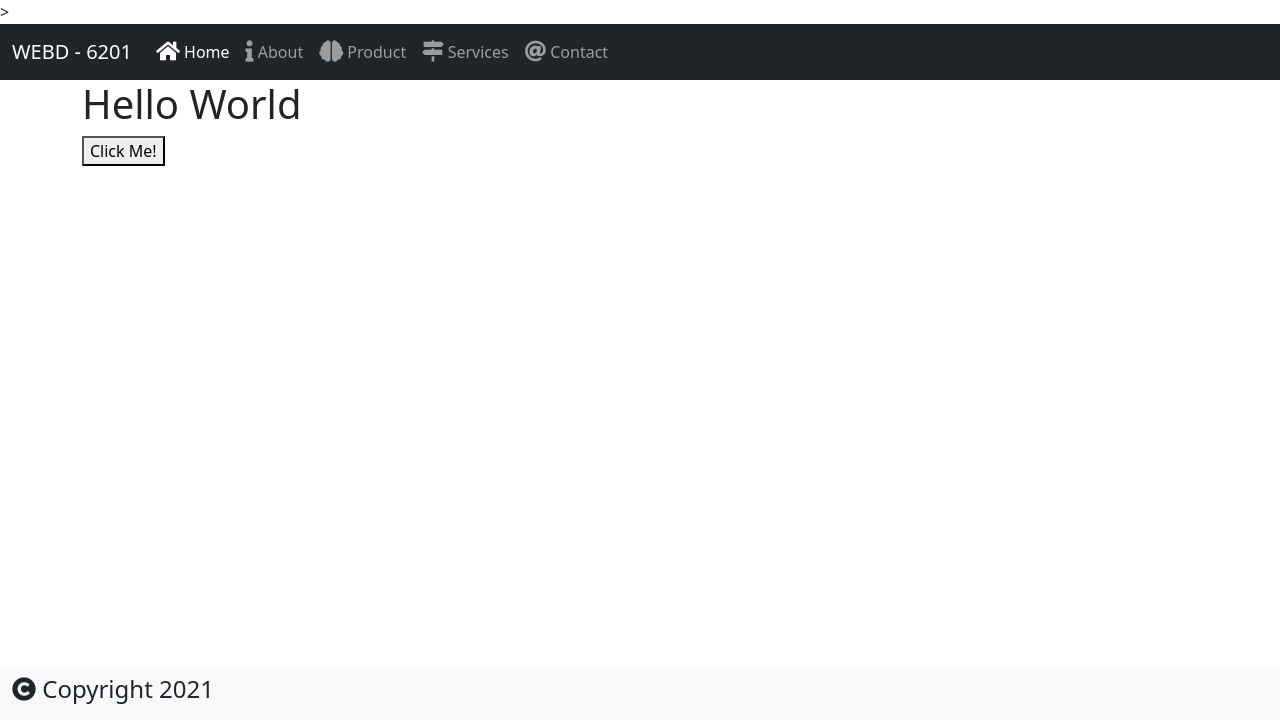
Repository: CKM206/WEBD6201-W2021-Week1
Page: index.html
These files come from the project's save history. The page is drawn as it stood at one moment and after the next save; the edit follows.
The browser window is 1280 px wide. The pictures show the whole page.

Above is the page before, as saved 2021-01-14 10:49:07.

### index.html
<!doctype html>
<html lang="en">
    <head>
        <meta charset="UTF-8">
        <meta name="viewport" content="width=device-width, initial-scale=1.0">
        <title>Hello World!</title>>
        <!-- CSS Section -->
        <!-- Inject Bootstrap first, always-->
        <link rel="stylesheet"
             href="./node_modules/bootstrap/dist/css/bootstrap.min.css">
        <!-- Now inject Icon Fonts using Font Awesome-->
        <link rel="stylesheet"
             href="./node_modules/@fortawesome/fontawesome-free/css/all.min.css">
        <!-- Now inject our custom css-->
        <link rel="stylesheet" href="./Content/app.css">
    </head>
    <body>
        <!-- Nav Bar Section -->
        <header>
            <nav class="navbar navbar-expand-lg navbar-dark bg-dark">
                <div class="container-fluid">
                  <a class="navbar-brand" href="#">WEBD - 6201</a>

                  <button class="navbar-toggler" type="button" data-bs-toggle="collapse" data-bs-target="#navbarSupportedContent" aria-controls="navbarSupportedContent" aria-expanded="false" aria-label="Toggle navigation">
                    <span class="navbar-toggler-icon"></span>
                  </button>

                  <div class="collapse navbar-collapse" id="navbarSupportedContent">
                    <ul class="navbar-nav ml-auto mb-2 mb-lg-0">

                      <li class="nav-item">
                        <a class="nav-link active" aria-current="page" href="#">
                            <i class="fas fa-home fa-lg"></i> Home</a>
                      </li>

                      <li class="nav-item">
                        <a class="nav-link" aria-current="page" href="#">
                            <i class="fas fa-info fa-lg"></i> About</a>
                      </li>

                      <li class="nav-item">
                        <a class="nav-link" aria-current="page" href="#">
                            <i class="fas fa-brain fa-lg"></i> Product</a>
                      </li>

                      <li class="nav-item">
                        <a class="nav-link" aria-current="page" href="#">
                            <i class="fas fa-map-signs fa-lg"></i></i> Services</a>
                      </li>

                      <li class="nav-item">
                        <a class="nav-link" aria-current="page" href="#">
                            <i class="fas fa-at fa-lg"></i> Contact</a>
                      </li>
                  </div>
                </div>
              </nav>
        </header>



        <main class="container">
            <h1>Hello World</h1>
            <button>Click Me!</button>
        </main>

        <!-- Footer Section -->
        <footer>
            <nav class="navbar fixed-bottom navbar-light bg-light">
                <div class="container-fluid">
                  <h4><i class="fas fa-copyright"></i> Copyright 2021</h4>
                </div>
              </nav>
        </footer>

        <!-- JavaScript Section-->
        <script src="./node_modules/jquery/dist/jquery.min.js"></script>
        <script src="./node_modules/bootstrap/dist/js/bootstrap.bundle.min.js"></script>
        <script src="./Scripts/app.js"></script>
    </body>
</html>

### Content/app.css
/* Custom Css Goes Here */

### Scripts/app.js
/* Custom Scripts Go Here */

// IIFE - Immediatley Invoked Function Expression
//AKA: Anonymous Self-Executing Function
(function()
{
    function Start()
    {
        console.log("App Started...");

        for (let index = 0; index < 5; index++) {
            console.log(index);

        }

    }

    window.addEventListener("load", Start);

    /*
    window.addEventListener("load", ())
        console.log("App Started...");
    */

})();

Loaded but not shown: node_modules/bootstrap/dist/css/bootstrap.min.css (library); node_modules/@fortawesome/fontawesome-free/css/all.min.css (library); node_modules/jquery/dist/jquery.min.js (library); node_modules/bootstrap/dist/js/bootstrap.bundle.min.js (library)

After the next save:
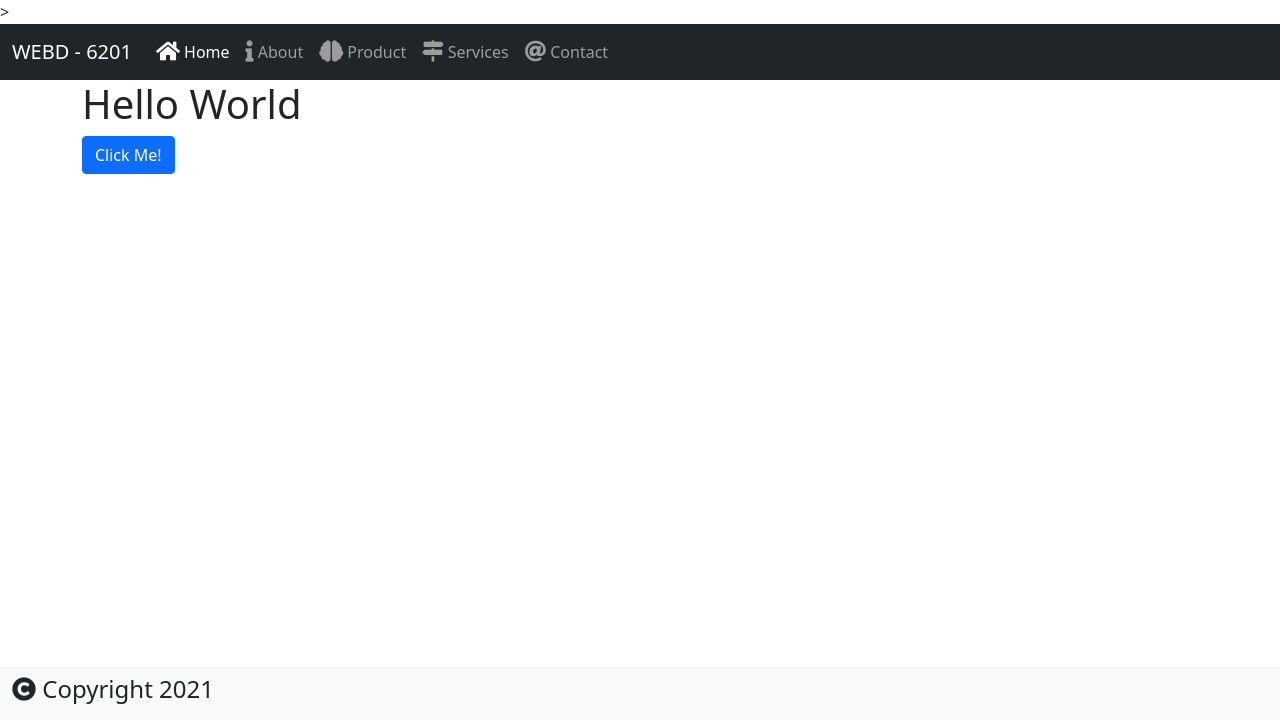
Saved 41 s later.
--- a/index.html
+++ b/index.html
@@ -61,7 +61,7 @@
 
         <main class="container">
             <h1>Hello World</h1>
-            <button>Click Me!</button>
+            <button class="btn btn-primary">Click Me!</button>
         </main>
 
         <!-- Footer Section -->
